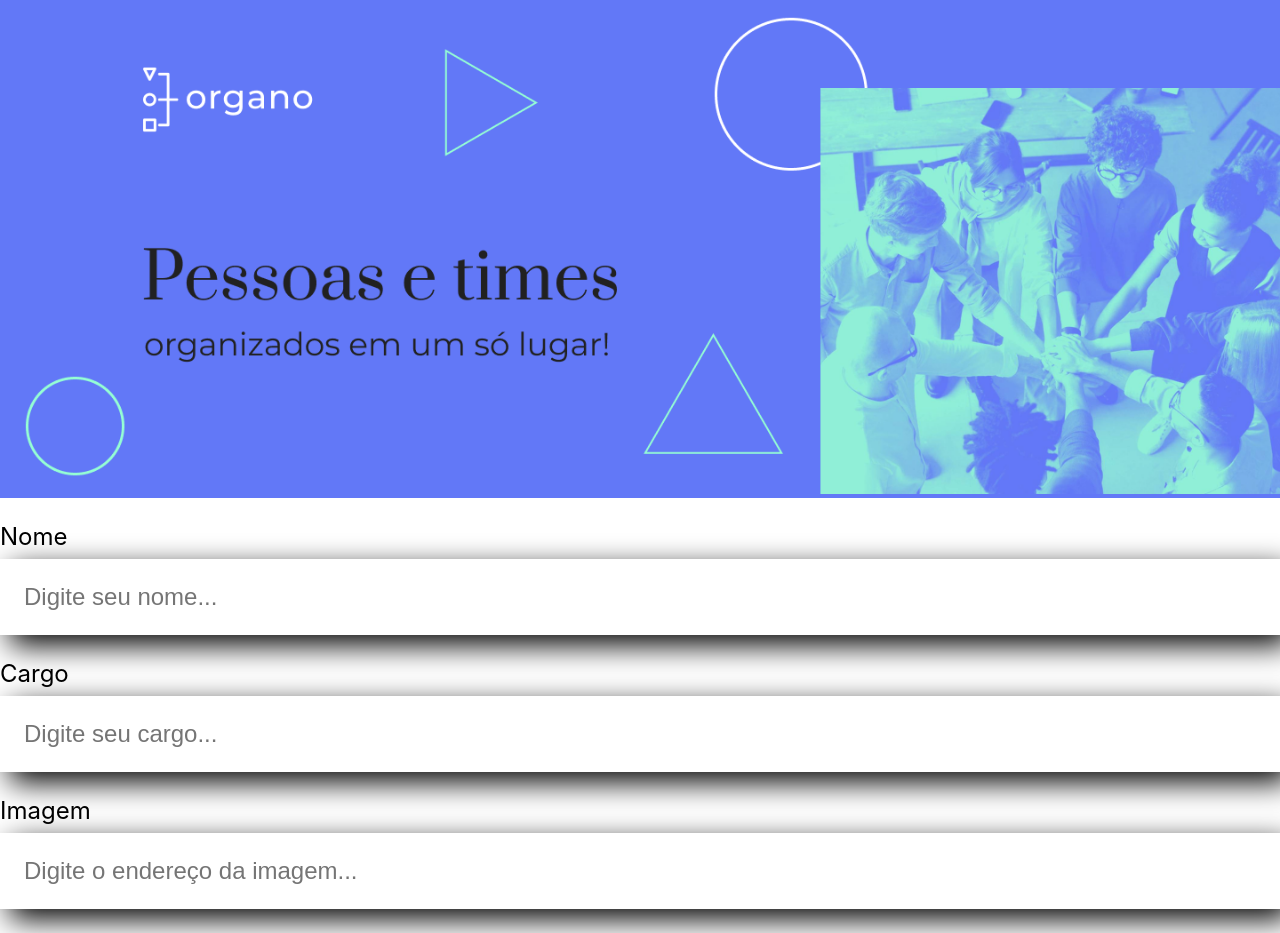
Repository: Joao-Carlos-Garcia-DEV/organo
Page: /
An editor plug-in stored every save of this project. The page is shown before and after a run of saves, followed by the edit.
The browser window is 1280 px wide. The pictures show the whole page.
The project was rebuilt for these pictures with package versions that can differ from the ones it lists, and the page was loaded fresh each time.

Above is the page before, as saved 2024-07-09 18:44:16.

### src/App.js
import './App.css';
import Banner from './Componentes/Banner/Banner';
import CampoTexto from './Componentes/CampoTexto/CampoTexto';

function App() {
  return (
    <div className="App">
      <Banner />
      <CampoTexto label="Nome" placeholder="Digite seu nome"/>
      <CampoTexto label="Cargo" placeholder="Digite seu cargo" />
      <CampoTexto label="Imagem" placeholder="Digite o endereço da imagem" />


    </div>
  );
}

export default App;

### src/Componentes/Banner/Banner.js

import './Banner.css'
function Banner() {
    return (
        <header className="banner">
            <img src="/imagens/banner.png" alt="O banner principal da página do Organo" />
        </header>
    )

}

export default Banner

### src/Componentes/CampoTexto/CampoTexto.js
import './CampoTexto.css';

const CampoTexto = (props) => {

    const placeholderModificada = `${props.placeholder}...`

    return (
        <div className="campo-texto">
            <label>{props.label}</label>
            <input placeholder={placeholderModificada}></input>
        </div>
    )
}

export default CampoTexto

### src/Componentes/Banner/Banner.css
.banner {
    background-color: #6278f7;
    text-align: center;
}

.banner img {
    max-width: 100%;
}

### src/Componentes/CampoTexto/CampoTexto.css
.campo-texto {
    margin: 24px 0;

}

.campo-texto label {
    display: block;
    margin-bottom: 8px;
    font-size: 24px;
    text-align: justify;
}

.campo-texto input {
    background-color: #FFF;
    box-shadow: 10px 10px 30px rgba(0, 0, 0.06);
    width: 100%;
    border: none;
    font-size: 24px;
    padding: 24px;
    box-sizing: border-box;
}

Loaded but not shown: public/index.html (common file); src/index.js (common file); src/index.css (common file); src/App.css (common file)

After the next 5 saves:
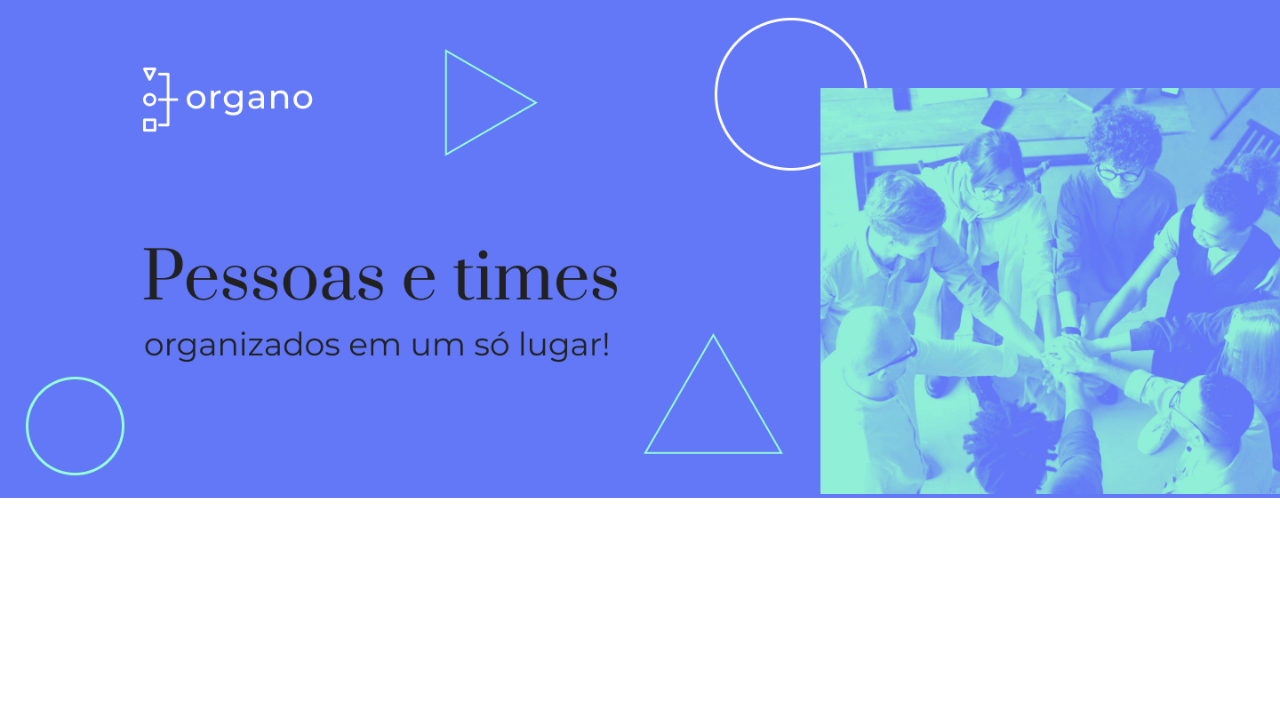
The 5 saves are shown as one change because they came seconds apart.
The last was saved 37 s later.
--- a/src/App.js
+++ b/src/App.js
@@ -6,11 +6,6 @@ function App() {
   return (
     <div className="App">
       <Banner />
-      <CampoTexto label="Nome" placeholder="Digite seu nome"/>
-      <CampoTexto label="Cargo" placeholder="Digite seu cargo" />
-      <CampoTexto label="Imagem" placeholder="Digite o endereço da imagem" />
-
-
     </div>
   );
 }
